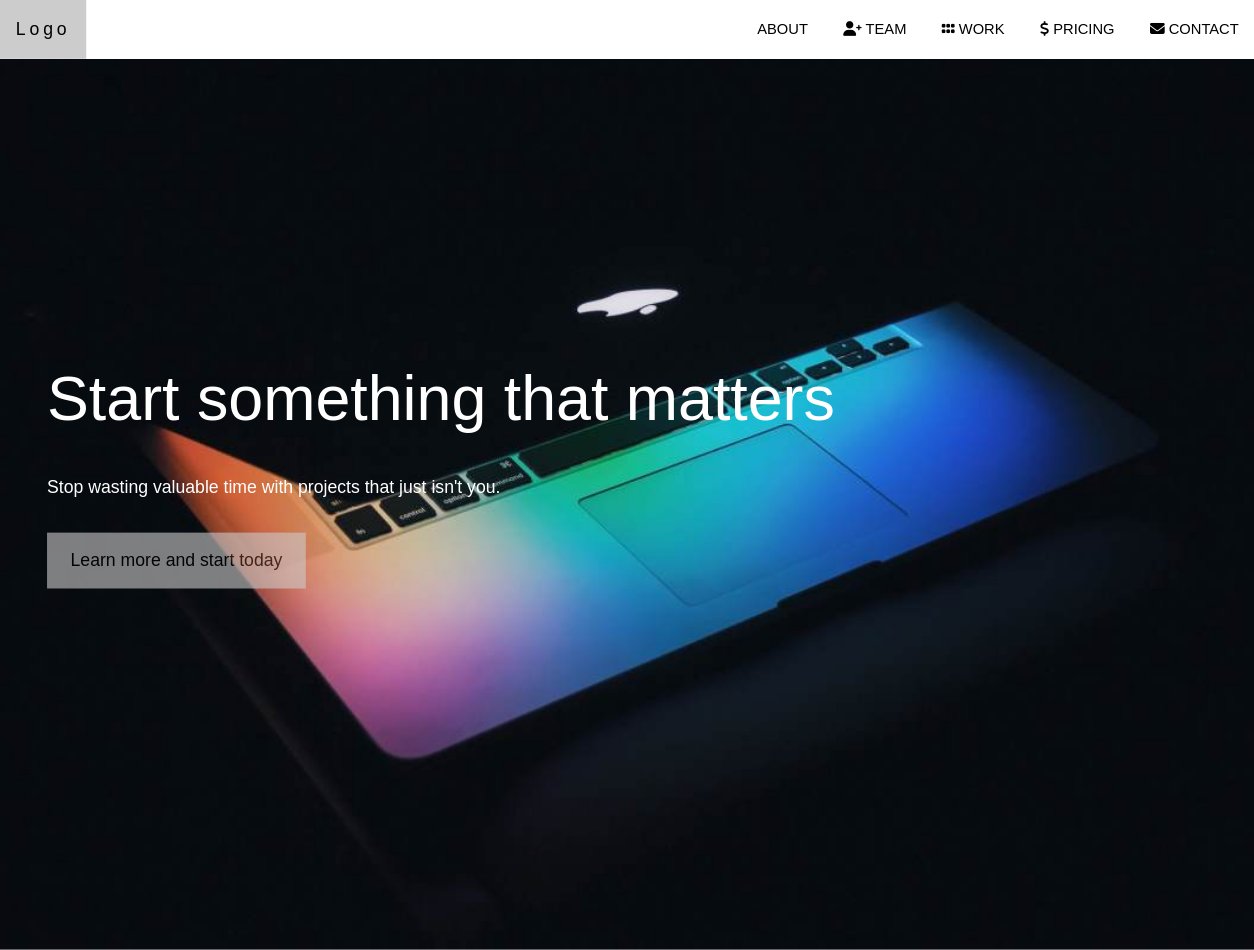
Repository: husterDC/Test
Page: index.html
The author's editor kept a copy of each file at every save. The page is drawn from the files as they stood at one save, then again after the next save.
The browser window is 1280 px wide. The pictures show the whole page, at 98% of full size.

Above is the page before, as saved 2022-10-13 10:15:32.

### index.html
<!DOCTYPE html>
<html lang="en">
<head>
    <meta charset="UTF-8">
    <meta http-equiv="X-UA-Compatible" content="IE=edge">
    <meta name="viewport" content="width=device-width, initial-scale=1.0">
    <title>Document</title>
    <link rel="stylesheet" href="./assets/style.css">
    <link rel="stylesheet" href="./assets/css/responsive.css">
    <link rel="stylesheet" href="./fonts/themify-icons/themify-icons.css">
    <link rel="stylesheet" href="./assets/fontawesome-free-6.1.1-web/css/all.min.css">
</head>
</head>
<body>
    <div class="header">
        <div class="header_logo">
            <a href="" class="header_logo-link">Logo</a>
        </div>
        <div class="header_nav">
            <ul class="header_nav-menu">
                <li class="header_nav-item">

                    <a href="" class="header_nav-link">ABOUT</a>
                </li>
                <li class="header_nav-item">
                    <a href="" class="header_nav-link">
                        <i class="header_nav-icon header-nav_icon fa-solid fa-user-plus"></i>
                        TEAM
                    </a>
                </li>
                <li class="header_nav-item">
                    <a href="" class="header_nav-link">
                        <i class="fa-solid fa-grip"></i>
                        WORK
                    </a>
                </li>
                <li class="header_nav-item">
                    <a href="" class="header_nav-link">
                        <i class="header_nav-icon fa-solid fa-dollar-sign"></i>
                        PRICING
                    </a>
                </li>
                <li class="header_nav-item">
                    <a href="" class="header_nav-link">
                        <i class="header_nav-icon fa-solid fa-envelope"></i>
                        CONTACT
                    </a>
                </li>
            </ul>
        </div>
    </div>
    <div class="slider">
        <div class="slider_content">
            <div class="slider_title">Start something that matters</div>
            <div class="slider_dec">Stop wasting valuable time with projects that just isn't you.</div>
            <a href="" class="slider_link">
                <button class="slider_btn">Learn more and start today</button>
            </a>
        </div>
        <div class="slider_social">
            <a href="" class="slider_social-link"><i class="slider_social-icon fa-brands fa-facebook"></i></a>
            <a href="" class="slider_social-link"><i class="slider_social-icon fa-brands fa-instagram"></i></a>
            <a href="" class="slider_social-link"><i class="slider_social-icon fa-brands fa-snapchat"></i></a>
            <a href="" class="slider_social-link"><i class="slider_social-icon fa-brands fa-pinterest-p"></i></a>
            <a href="" class="slider_social-link"><i class="slider_social-icon fa-brands fa-twitter"></i></a>
            <a href="" class="slider_social-link"><i class="slider_social-icon fa-brands fa-linkedin-in"></i></a>
        </div>
    </div>
</body>
</html>

### assets/style.css
* {
    padding: 0;
    margin: 0;
    box-sizing: border-box;
}
html {

    scroll-behavior: smooth;
    font-family: Arial, Helvetica, sans-serif;
}
.white-text {
    color: #fff;
}
.clear {
    clear: both;
}
.header {
    height: 60px;
    width: 100%;
    font-size: 15px;
    background-color: #fff;
    display: flex;
    align-items: center;
    position: fixed;
    z-index: 2;
}
.header_logo {
    flex: 1;
    font-size: 18px;
    letter-spacing: 4px;
    font-weight: 50;
}
.header_logo-link {
    position: absolute;
    left: 0;
    top: 50%;
    transform: translateY(-50%);
    padding: 0 16px;
    text-align: center;
    line-height: 60px;

}
.header_nav-menu {
    position: absolute;
    right: 0;
    top: 50%;
    transform: translateY(-50%);
    text-align: center;
}
.header_nav-item {
    line-height: 60px;
    display: inline-block;
    margin: 0;
    padding: 0 16px;
}
.header_logo-link,
.header_nav-link {
    text-decoration: none;
    color: #000;
}
.header_logo-link:hover,
.header_nav-item:hover {
    background-color: #ccc;
    cursor: pointer;
}
.slider {
    position: relative;
    padding-top: 50%;
    height: 969px;
    background: url('./img/mac.jpg') top center / cover no-repeat;
    color: #fff;
    font-size: 18px;
    padding: 0 48px;
}
.slider_content {
    position: absolute;
    top: 50%;
    transform: translateY(-50%);
}
.slider_title {
    font-size: 64px;
    margin-bottom: 44px;
}
.slider_dec {
    margin: 15px 0;
}
.slider_btn {
    background-color: #ccc;
    opacity: 0.6;
    font-size: 18px;
    border: none;
    padding: 18px 24px;
    margin-top: 20px;
}

Loaded but not shown: fonts/themify-icons/themify-icons.css (common file); assets/fontawesome-free-6.1.1-web/css/all.min.css (library); assets/responsive.css (no copy from this time; the picture is the same without it)

After the next save:
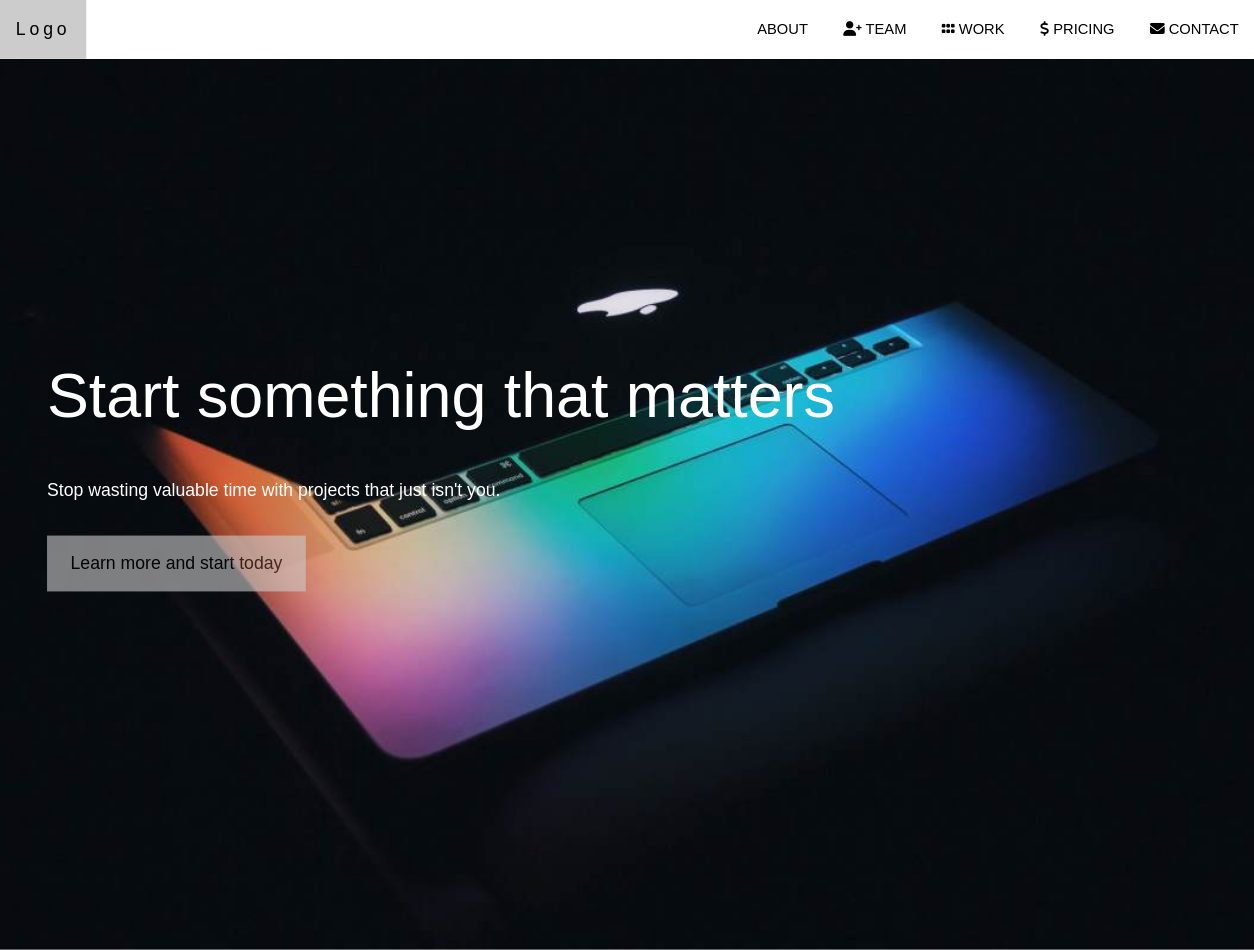
Saved 47 s later.
--- a/assets/style.css
+++ b/assets/style.css
@@ -79,7 +79,7 @@
 }
 .slider_title {
     font-size: 64px;
-    margin-bottom: 44px;
+    margin-bottom: 50px;
 }
 .slider_dec {
     margin: 15px 0;
